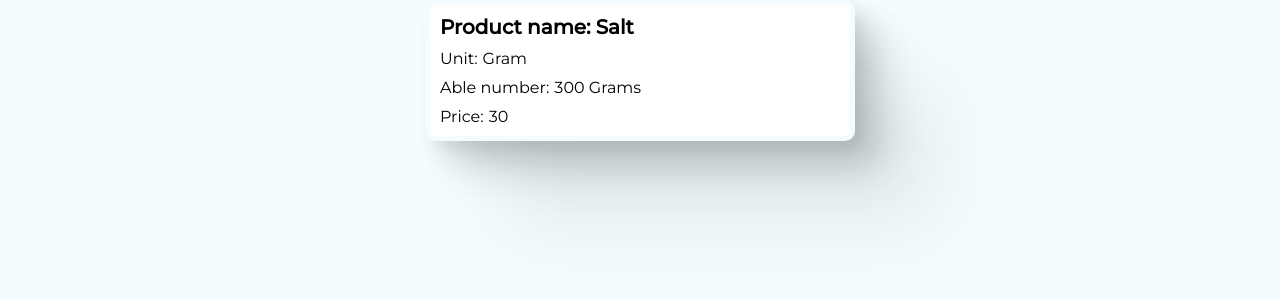
Repository: OlexandraKovach2/Vue
Page: / (app in vuexam/brila-exam/)
These files come from the project's save history. The page is drawn as it stood at one moment and after the next save; the edit follows.
The browser window is 1280 px wide. The pictures show the whole page.
The project was rebuilt for these pictures with package versions that can differ from the ones it lists, and the page was loaded fresh each time. Also part of the build but not shown: vuexam/brila-exam/vue.config.js.

Above is the page before, as saved 2022-11-08 21:54:49.

After the next save:
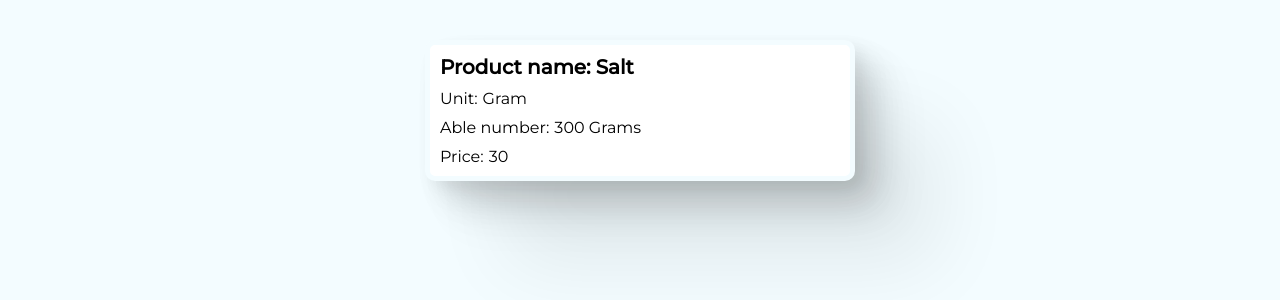
Saved 15 s later.
--- a/vuexam/brila-exam/src/components/ObjectTable/index.vue
+++ b/vuexam/brila-exam/src/components/ObjectTable/index.vue
@@ -33,6 +33,7 @@
 .object{
     display: flex;
     flex-direction: column;
+    margin-top: 40px;
 }
 .objectTable{
     display: flex;
